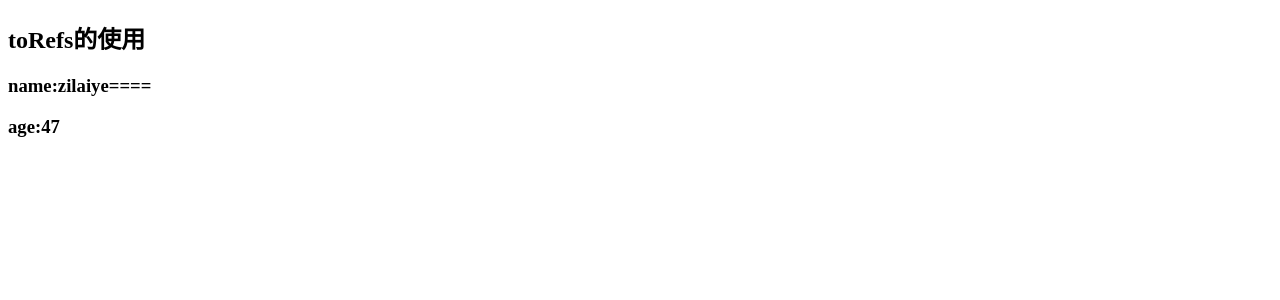
Repository: zhuhongxiang/Vue3.0-TSLeaning
Page: / (app in 04_Vue3/vue3_learning/)
These files come from the project's save history. The page is drawn as it stood at one moment and after the next save; the edit follows.
The browser window is 1280 px wide. The pictures show the whole page.
The project was rebuilt for these pictures with package versions that can differ from the ones it lists, and the page was loaded fresh each time.

Above is the page before, as saved 2021-07-26 17:03:39.

### 04_Vue3/vue3_learning/src/main.ts
// 程序的主入口文件，ts文件，是main.ts
// 引入createApp函数，创建对应的应用产生应用的实例对象
import { createApp } from 'vue'
// 引入App组件（所有组件的父级组件）
import App from './App.vue'
// 创建App应用返回对应的实例对象，调用mount方法进行挂载
createApp(App).mount('#app')

### 04_Vue3/vue3_learning/src/App.vue
<template>
  <h2>toRefs的使用</h2>
  <!-- <h3>name:{{ state.name }}</h3>
  <h3>age:{{ state.age }}</h3> -->

  <h3>name:{{ name }}</h3>
  <h3>age:{{ age }}</h3>
</template>

<script lang='ts'>
import { defineComponent, reactive, toRefs } from "vue";
export default defineComponent({
  name: "App",
  props: {},
  components: {},
  setup() {
    const state = reactive({
      name: "zilaiye",
      age: 47,
    });
    // toRefs把一个响应式对象转换成普通对象，该普通对象的每个 property 都是一个 ref
    // const state2 = toRefs(state);
    const { name, age } = toRefs(state);
    // console.log(state2);
    // 定时器，更新数据(如果数据变化了，界面也会随之变化，肯定是响应式的数据)
    setInterval(() => {
      // state.name += "==";
      name.value += "==";
      console.log("=====");
    }, 2000);
    return {
      //state,
      // 下面的方式不行啊
      // ...state,// 不是响应式的数据了---->{name:'zilaiye',age:47}
      // ...state2,
      name,
      age,
    };
  },
});
</script>

<style scoped>
</style>

Loaded but not shown: 04_Vue3/vue3_learning/public/index.html (common file)

After the next save:
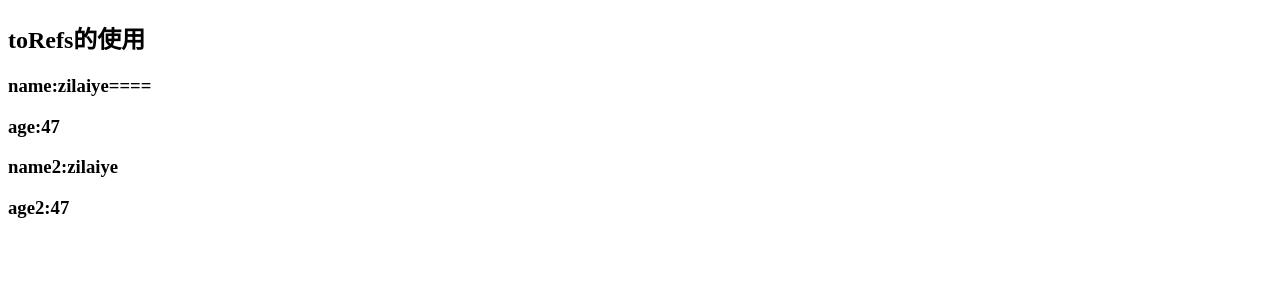
Saved 2 min 16 s later.
--- a/04_Vue3/vue3_learning/src/App.vue
+++ b/04_Vue3/vue3_learning/src/App.vue
@@ -5,10 +5,23 @@
 
   <h3>name:{{ name }}</h3>
   <h3>age:{{ age }}</h3>
+
+  <h3>name2:{{ name2 }}</h3>
+  <h3>age2:{{ age2 }}</h3>
 </template>
 
 <script lang='ts'>
 import { defineComponent, reactive, toRefs } from "vue";
+
+function userFeatureX() {
+  const state = reactive({
+    name2: "zilaiye",
+    age2: 47,
+  });
+  return {
+    ...toRefs(state),
+  };
+}
 export default defineComponent({
   name: "App",
   props: {},
@@ -28,6 +41,8 @@ export default defineComponent({
       name.value += "==";
       console.log("=====");
     }, 2000);
+
+    const { name2, age2 } = userFeatureX();
     return {
       //state,
       // 下面的方式不行啊
@@ -35,6 +50,8 @@ export default defineComponent({
       // ...state2,
       name,
       age,
+      name2,
+      age2,
     };
   },
 });
